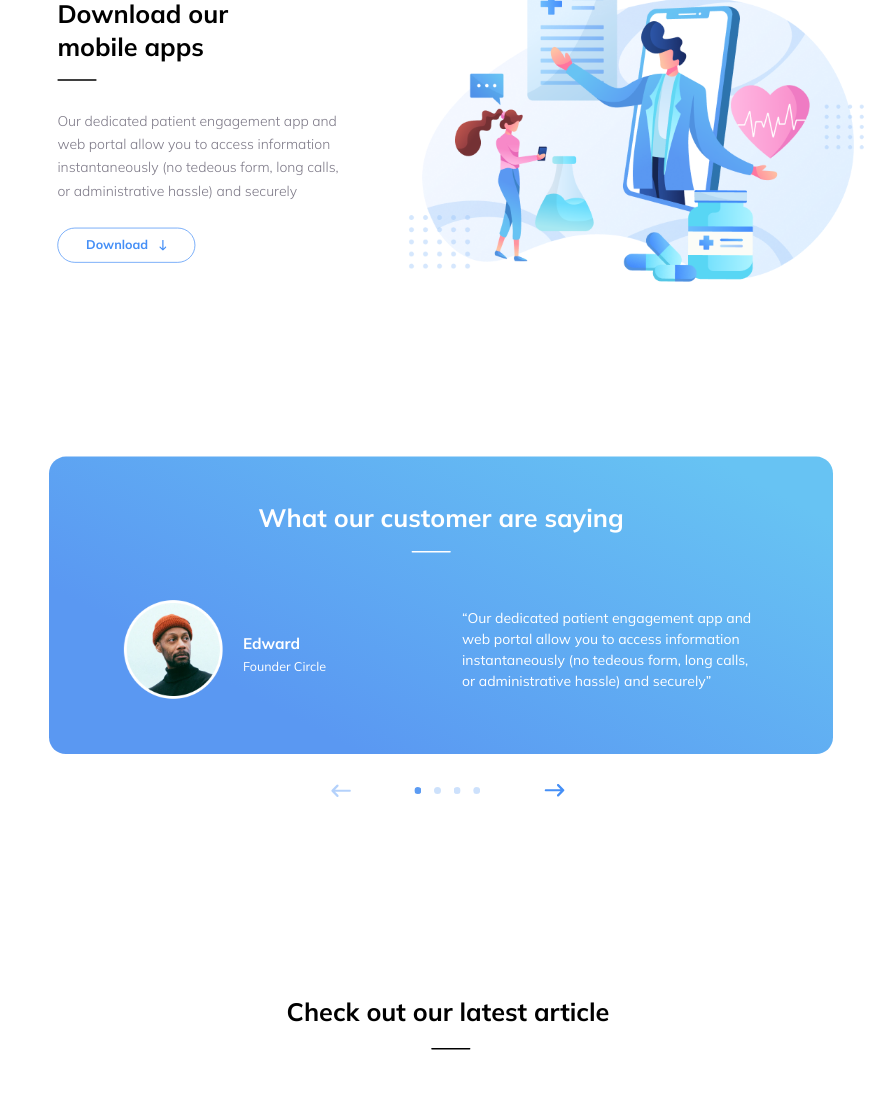
Repository: tungcutte35/Trafalgar
Page: index.html
An editor plug-in stored every save of this project. The page is shown before and after the next save, followed by the edit.
The browser window is 1280 px wide. The pictures show the part of the page from y = 3026 to 4946 px (the page is 4606 px tall before and 4946 px after), at 70% of full size.
The style sheet was rebuilt from its Sass, Less or Tailwind sources for each picture, by a compiler version that may differ from the author's.

Above is the page before, as saved 2021-10-19 15:52:18.

### index.html
<!DOCTYPE html>
<html lang="en">
<head>
  <meta charset="UTF-8">
  <meta http-equiv="X-UA-Compatible" content="IE=edge">
  <meta name="viewport" content="width=device-width, initial-scale=1.0">
  <title>Trafalgar</title>
  <link rel="stylesheet" href="./sass/css/app.css">
  <link rel="preconnect" href="https://fonts.googleapis.com">
  <link rel="preconnect" href="https://fonts.gstatic.com" crossorigin>
  <link href="https://fonts.googleapis.com/css2?family=Mulish:wght@300;400;700&display=swap" rel="stylesheet">
 <link rel="stylesheet" href="./font/fontawesome-free-5.15.4-web/css/all.min.css">
</head>
<body>
  <div class="wrapper">
    <header class="header">
    <div class="container">
      <div class="header-main">
        <img srcset="./Images/logo.png 2x" alt="" class="header-img">
        <ul class="menu">
          <li class="menu-item">
            <a href="#" class="menu-link menu-firsd">Home</a>
          </li>
          <li class="menu-item">
            <a href="#" class="menu-link">Find a doctor</a>
          </li>
          <li class="menu-item">
            <a href="#" class="menu-link">Apps</a>
          </li>
          <li class="menu-item">
            <a href="#" class="menu-link">Testimonials</a>
          </li>
          <li class="menu-item">
            <a href="#" class="menu-link">About us</a>
          </li>
          <li class="menu-log">
            <a href="#" class="button button--outline ">Login</a>
          </li>
          <li class="menu-log">
            <a href="#" class="button button--primary ">Logup</a>
          </li>
        </ul>
      </div>
    </div>
    </header>
    <section class="virtual">
      <div class="container">
        <div class="virtual-main">
          <div class="virtual-firsd">
            <h2 class="virtual-heading">Virtual
              for you</h2>
            <p class="text virtual-content">Trafalgar provides progressive, and affordable healthcare, accessible on mobile and online for everyone</p>
            <a href="#" class="button button--primary">Consult today</a>
          </div>
          <div class="virtual-img">
            <img srcset="./Images/img1.png 2x" alt="" class="virtual-imgs">
          </div>
        </div>
      </div>
    </section>
    <secction class="sevices">
      <div class="container">
        <div class="sevices-header">
          <h3 class="heading sevices-heading">Our services</h3>
          <p class="text sevices-content">We provide to you the best choiches for you. Adjust it to your health needs and make sure your undergo treatment with our highly qualified doctors you can consult with us which type of service is suitable for your health</p>
        </div>
        <div class="sevices-main">
          <div class="sevices-item">
            <div class="sevices-price">
            <img class="sevices-img" srcset="./Images/icon1.png 2x" alt="">
            </div>
            <h4 class="heading sevices-title">Search doctor</h4>
            <p class="text sevices-desc">Choose your doctor from thousands of specialist, general, and trusted hospitals</p>
          </div>
          <div class="sevices-item">
            <div class="sevices-price">
            <img class="sevices-img" srcset="./Images/icon2.png 2x" alt="">
            </div>
            <h4 class="heading sevices-title">Online pharmacy</h4>
            <p class="sevices-desc">Buy  your medicines with our mobile application with a simple delivery system</p>
          </div>
          <div class="sevices-item">
            <div class="sevices-price">
            <img class="text sevices-img" srcset="./Images/icon3.png 2x" alt="">
            </div>
            <h4 class="heading sevices-title">Consultation</h4>
            <p class="sevices-desc">Free consultation with our trusted doctors and get the best recomendations</p>
          </div>
          <div class="sevices-item">
            <div class="sevices-price">
            <img class="sevices-img" srcset="./Images/icon4.png 2x" alt="">
            </div>
            <h4 class="heading sevices-title">Details info</h4>
            <p class="text sevices-desc">Free consultation with our trusted doctors and get the best recomendations</p>
          </div>
          <div class="sevices-item">
            <div class="sevices-price">
            <img class="sevices-img" srcset="./Images/icon5.png 2x" alt="">
            </div>
            <h4 class="heading sevices-title">Emergency care</h4>
            <p class="text sevices-desc">You can get 24/7 urgent care for yourself or your children and your lovely family</p>
          </div>
          <div class="sevices-item">
            <div class="sevices-price">
            <img class="sevices-img" srcset="./Images/icon6.png 2x" alt="">
            </div>
            <h4 class="heading sevices-title">Tracking</h4>
            <p class="text sevices-desc">Track and save your medical history and health data </p>
          </div>
        </div>
        <a href="" class="button button--outline sevices-more">Learn more</a>
      </div>
    </secction>
    <section class="lead">
      <div class="container">
        <div class="lead-main">
          <div class="lead-img">
            <img srcset="./Images/img2.png 2x" alt="">
          </div>
          <div class="lead-firsd">
            <h3 class="heading lead-heading">
              Leading healthcare providers
            </h3>
          <div class="lead-title">
            <p class="text lead-content">
              Trafalgar provides progressive, and affordable healthcare, accessible on mobile and online for everyone. To us, it’s not just work. We take pride in the solutions we deliver
            </p>
          </div>
            <a href="#" class="button button--outline">Learn more</a>
          </div>


        </div>
      </div>
    </section>
    <section class="download">
      <div class="container">
        <div class="download-main">
          <div class="dowload-firds">
            <h3 class="heading download-heading">
              Download our mobile apps
            </h3>
            <p class="text download-content">
              Our dedicated patient engagement app and web portal allow you to access information instantaneously (no tedeous form, long calls, or administrative hassle) and securely
            </p>
            <a href="#" class="button button--outline">
              <span>Download</span>
              <img class="download-icon" src="./Images/Bottom.svg" alt="">
            </a>
          </div>
          <img srcset="./Images/img3.png 2x" alt="" class="download-img">
        </div>
      </div>
    </section>
    <section class="customer">
      <div class="container">
        <div class="customer-main">
          <div class="customer-firds">
            <h3 class="heading customer-heading">
              What our customer are saying
            </h3>
          </div>
          <div class="customer-seconds">
            <div class="customer-highlight">
              <img class="customer-img" srcset="./Images/avt.png 2x" alt="">
              <div class="customer-name">
                <p class="heading customer-name-firsd">Edward</p>
                <p class="customer-name-seconds">
                  Founder Circle
                </p>
              </div>
            </div>
            <div class="customer-contents">
              <p class="customer-content">
                “Our dedicated patient engagement app and web portal allow you to access information instantaneously (no tedeous form, long calls, or administrative hassle) and securely”
              </p>
            </div>
          </div>
        </div>
        <div class="customer-toolbar">
         <div class="customer-left">
          <img src="./Images/Left.svg " alt="" class="img-left">
         </div>
         <ul class="customer-list">
           <li class="customer-item">
             <img src="./Images/dots.svg " alt="">
           </li>
           <li class="customer-item">
            <img src="./Images/dots-opa.svg " alt="">
          </li>
          <li class="customer-item">
            <img src="./Images/dots-opa.svg " alt="">
          </li>
          <li class="customer-item">
            <img src="./Images/dots-opa.svg " alt="">
          </li>
         </ul>
         <div class="customer-right">
          <img src="./Images/Right.svg " alt="" class="img-left">
         </div>
        </div>
      </div>
    </section>
    <section class="checkout">
      <div class="container">
        <div class="checkout-main">
          <div class="checkout-header">
            <h3 class="checkout-heading heading">Check out our latest article</h3>
          </div>
        </div>
      </div>
    </section>
  </div>
<!-- sass app.scss css/app.css --watch -->

</body>
</html>

### sass/app.scss
@import "reset";
@import "variables";
@import "global";
@import "header";
@import "./menu";
@import "./virtual";
@import "./sevices";
@import "./lead";
@import "./download";
@import "./customer";
@import "./checkout";

### sass/_variables.scss
$font: "Mulish", sans-serif;
$gray: #1f1534;
$heading-color: #000000;
$primary-color: #458ff6;
$footer-color: #fff;
$text-color: #7d7987;

### sass/_global.scss
.wrapper {
  max-width: 1600px;
  margin: 0 auto;
}
.container {
  max-width: 1260px;
  margin: 0 auto;
  padding: 0 20px;
}
body {
  font-family: $font;
  line-height: 1;
  font-size: 16px;
  color: $gray;
}
ul {
  list-style-type: none;
}
.button {
  display: inline-flex;
  justify-content: center;
  align-items: center;
  font-size: 18px;
  font-weight: 700;
  height: 50px;
  padding: 0 40px;
  border-radius: 55px;
  background-color: transparent;
  border: 0;
  outline: none;
  cursor: pointer;
  &--primary {
    color: #fff;
    background-color: $primary-color;
  }
  &--outline {
    color: $primary-color;
    border: 1.4px solid $primary-color;
  }
}
.heading {
  color: black;
  font-weight: 700;
}
.text {
  font-size: 18px;
  font-weight: 300;
  color: $text-color;
  line-height: calc(30 / 18);
}

### sass/_header.scss
.header {
  padding-top: 56px;
  margin-bottom: 70px;
  &-main {
    display: flex;
    justify-content: space-between;
    align-items: center;
  }
  &-log {
    display: flex;
    justify-content: space-between;
    align-items: center;
    gap: 0 40px;
  }
}

### sass/_menu.scss
.menu {
  display: flex;
  align-items: center;
  gap: 0 30px;
  &-link {
    color: #8f8a9a;
    font-size: 18px;
  }
  &-firsd {
    color: $gray;
    font-weight: 700;
  }
  &-link:after {
    display: block;
    content: "";
    border-bottom: solid 2px $primary-color;
    transform: scaleX(0);
    transition: transform 250ms ease-in-out;
  }
  &-link:hover:after {
    transform: scaleX(1);
  }
  &-link:hover {
    color: $primary-color;
  }
}

### sass/_virtual.scss
.virtual {
  margin-bottom: 175px;
  &-main {
    display: flex;
    justify-content: space-between;
    align-items: center;
  }
  &-firsd {
    width: 100%;
    max-width: 445px;
    padding-right: 2px;
  }
  &-heading {
    font-size: 48px;
    width: 100%;
    max-width: 197px;
    line-height: calc(56 / 48);
    margin-bottom: 25px;
  }
  &-content {
    font-size: 21px;
    font-weight: 300;
    line-height: calc(32 / 21);
    margin-bottom: 45px;
  }
}

### sass/_sevices.scss
.sevices {
  &-header {
    max-width: 952px;
    margin: 0 auto 35px;
    text-align: center;
  }
  &-heading {
    font-size: 36px;
    line-height: calc(56 / 36);
    position: relative;
    &::after {
      content: "";
      position: absolute;
      bottom: -23px;
      left: 47%;
      width: 56px;
      height: 2px;
      background-color: black;
    }
  }
  &-content {
    display: flex;
    align-items: center;
    justify-content: center;
    margin-top: 50px;
  }
  &-main {
    display: grid;
    grid-template-columns: repeat(3, 1fr);
    grid-gap: 37px 34px;
    max-width: 1120px;
    margin: 35px 40px;
    position: relative;
  }
  &-item {
    height: 350px;
    background-color: #fff;
    border-radius: 20px;
    box-shadow: 10px 40px 50px rgba(229, 233, 246, 0.4);
  }
  &-img {
    padding: 54px 0 23px 37px;
  }
  &-title {
    font-size: 24px;
    padding: 0 0 1px 38px;
  }
  &-desc {
    font-size: 16px;
    font-weight: 300;
    line-height: calc(28 / 16);
    max-width: 266px;
    margin-left: 38px;
  }
  &-price {
    height: 170px;
    width: auto;
  }
  &-more {
    margin: 125px 0 190px 0;
    margin-left: 42%;
  }
}

### sass/_lead.scss
.lead {
  margin-bottom: 230px;
  &-main {
    display: flex;
    justify-content: space-between;
    align-items: center;
    gap: 0 137px;
  }
  &-img {
    width: 100%;
    max-width: 650px;
  }
  &-firsd {
    max-width: 486px;
    margin-top: -30px;
  }
  &-heading {
    font-size: 36px;
    line-height: calc(56 / 36);
    margin-bottom: 60px;
    position: relative;

    &::after {
      content: "";
      position: absolute;
      width: 56px;
      height: 2px;
      bottom: -26px;
      left: 0;
      border-radius: 10px;
      background-color: black;
    }
  }
  &-content {
    max-width: 430px;
    height: auto;
    font-size: 20px;
    line-height: calc(30 / 18);
    margin-bottom: 37px;
  }
}

### sass/_download.scss
.download {
  margin-bottom: 250px;
  margin-left: 62px;
  &-main {
    display: flex;
    justify-content: space-between;
    align-items: center;
    gap: 0 71px;
    width: 100%;
    max-width: 1156px;
    position: relative;
  }
  &-firsd {
    max-width: 420px;
    padding-left: 145px;
  }
  &-heading {
    max-width: 254px;
    font-size: 36px;
    line-height: calc(47 / 36);
    padding-bottom: 66px;
    position: relative;
    &::after {
      content: "";
      position: absolute;
      width: 56px;
      height: 2px;
      bottom: 40px;
      left: 0;
      border-radius: 6px;
      background-color: black;
    }
  }
  &-content {
    max-width: 410px;
    font-size: 20px;
    line-height: calc(30 / 18);
    margin-bottom: 37px;
  }
  &-icon {
    padding-left: 15px;
  }
}

### sass/_customer.scss
.customer {
  margin-bottom: 278px;
  &-main {
    max-width: 1120px;
    margin-left: 40px;
    background: linear-gradient(208.18deg, #67c3f3 9.05%, #5a98f2 76.74%);
    border-radius: 24px;
    margin-bottom: 42px;
  }
  &-firds {
    display: flex;
    align-items: center;
    justify-content: center;
  }
  &-heading {
    max-width: 522px;
    font-size: 36px;
    color: white;
    line-height: calc(48 / 36);
    margin-top: 64px;
    position: relative;
    margin-bottom: 93px;
    &::after {
      content: "";
      position: absolute;
      bottom: -25px;
      left: 42%;
      width: 56px;
      height: 2px;
      background-color: white;
      border-radius: 6px;
    }
  }
  &-seconds {
    display: flex;
    justify-content: space-between;
    align-items: center;
    gap: 0 175px;
    margin-left: 192px;
  }
  &-img {
    max-width: 141px;
    height: 141px;
  }
  &-highlight {
    max-width: 119px;
    display: flex;
    align-items: center;
    justify-content: center;
    gap: 0 29px;
    margin-bottom: 79px;
  }

  &-name-firsd {
    font-size: 22px;
    line-height: calc(48 / 22);
    color: white;
  }
  &-name-seconds {
    font-size: 18px;
    font: 400px;
    color: white;
    width: 119px;
  }
  &-content {
    width: 100%;
    max-width: 420px;
    font-size: 20px;
    line-height: calc(30 / 20);
    color: white;
    margin-bottom: 79px;
    margin-right: 110px;
  }
  &-toolbar {
    display: flex;
    align-items: center;
    justify-content: center;
    gap: 0 90px;
  }
  &-list {
    display: flex;
    align-items: center;
    gap: 0 18px;
  }
  &-item {
    height: 10px;
    width: 10px;
  }
  &-left {
    opacity: 0.4;
  }
}

### sass/_checkout.scss
.checkout {
  margin-bottom: 100px;
  &-main {
  }
  &-header {
    text-align: center;
    margin-bottom: 107px;
  }
  &-heading {
    font-size: 36px;
    line-height: calc(56 / 36);
    position: relative;
    &::after {
      content: "";
      position: absolute;
      height: 2px;
      width: 56px;
      bottom: -26px;
      left: 48%;
      border-radius: 5px;
      background-color: black;
    }
  }
}

Loaded but not shown: font/fontawesome-free-5.15.4-web/css/all.min.css (library); sass/_reset.scss (common file)

After the next save:
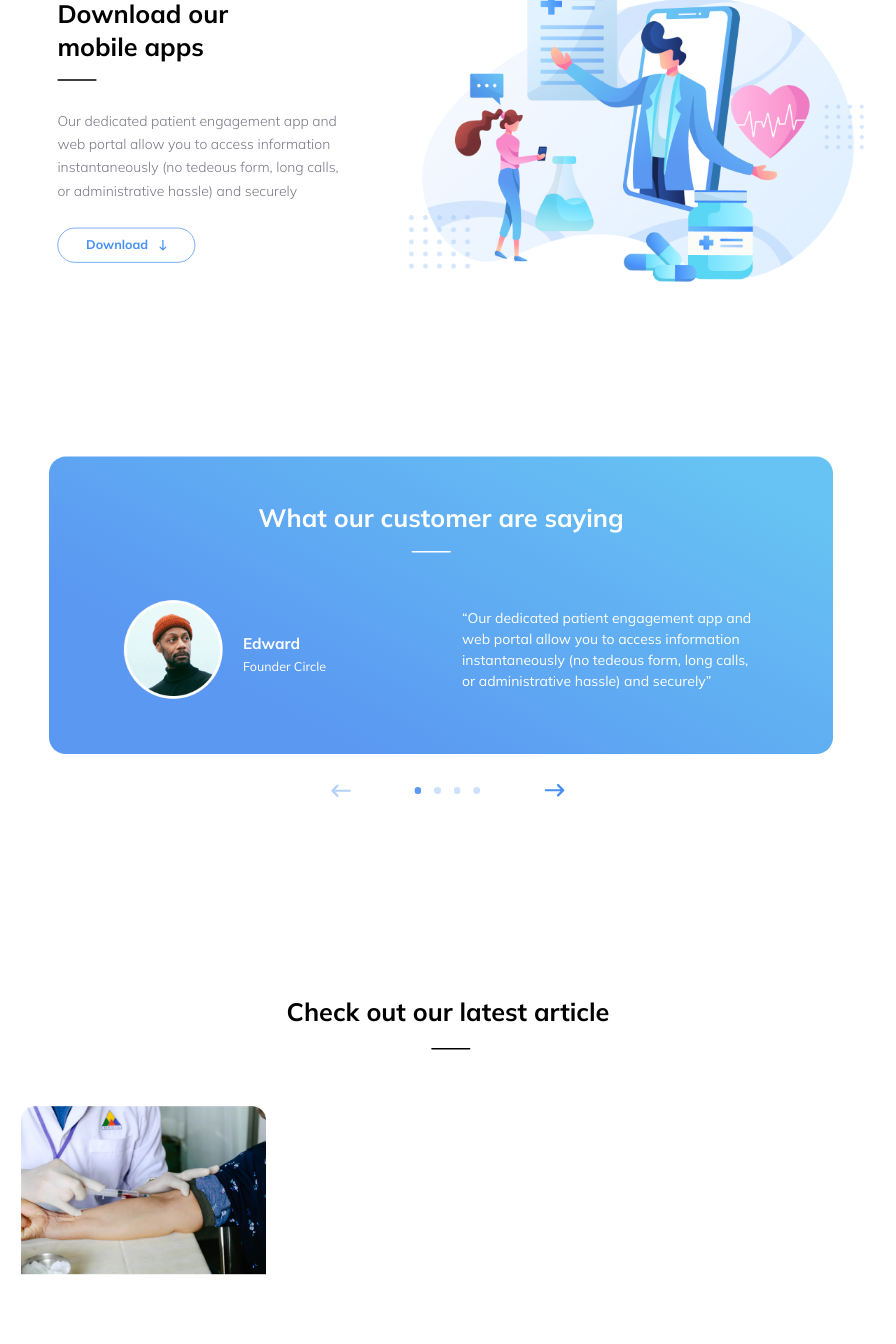
Saved 2 min 43 s later.
--- a/index.html
+++ b/index.html
@@ -207,6 +207,13 @@
           <div class="checkout-header">
             <h3 class="checkout-heading heading">Check out our latest article</h3>
           </div>
+          <div class="checkout-desc">
+            <div class="checkout-item">
+              <div class="checkout-img">
+                <img srcset="./Images/desc1.png 2x" alt="">
+              </div>
+            </div>
+          </div>
         </div>
       </div>
     </section>
